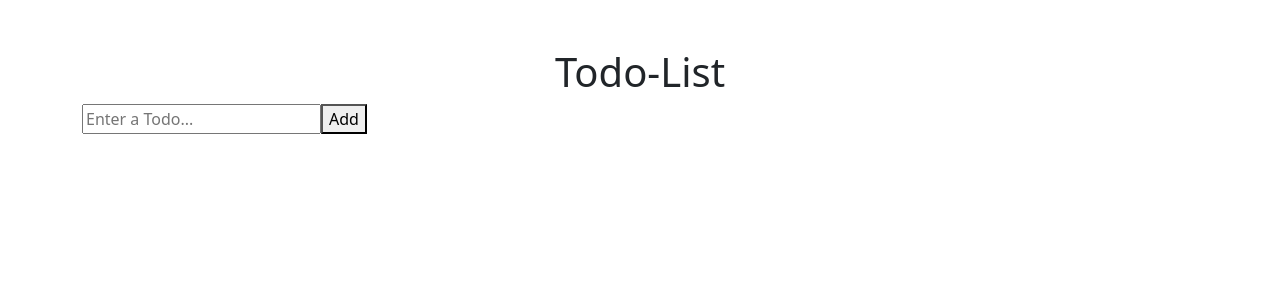
Repository: kieuduc123/Todo-List
Page: /
An editor plug-in stored every save of this project. The page is shown before and after the next save, followed by the edit.
The browser window is 1280 px wide. The pictures show the whole page.
The project was rebuilt for these pictures with package versions that can differ from the ones it lists, and the page was loaded fresh each time.

Above is the page before, as saved 2024-02-14 19:58:02.

### public/index.html
<!DOCTYPE html>
<html lang="en">

<head>
  <meta charset="utf-8" />
  <link rel="icon" href="%PUBLIC_URL%/favicon.ico" />
  <meta name="viewport" content="width=device-width, initial-scale=1" />
  <meta name="theme-color" content="#000000" />
  <meta name="description" content="Web site created using create-react-app" />
  <link rel="apple-touch-icon" href="%PUBLIC_URL%/logo192.png" />
  <link href="https://cdn.jsdelivr.net/npm/bootstrap@5.3.2/dist/css/bootstrap.min.css" rel="stylesheet"
    integrity="sha384-T3c6CoIi6uLrA9TneNEoa7RxnatzjcDSCmG1MXxSR1GAsXEV/Dwwykc2MPK8M2HN" crossorigin="anonymous">
</head>
<link rel="stylesheet" href="https://cdnjs.cloudflare.com/ajax/libs/font-awesome/6.5.1/css/all.min.css"
  integrity="sha512-DTOQO9RWCH3ppGqcWaEA1BIZOC6xxalwEsw9c2QQeAIftl+Vegovlnee1c9QX4TctnWMn13TZye+giMm8e2LwA=="
  crossorigin="anonymous" referrerpolicy="no-referrer" />
<!--
      manifest.json provides metadata used when your web app is installed on a
      user's mobile device or desktop. See https://developers.google.com/web/fundamentals/web-app-manifest/
    -->
<link rel="manifest" href="%PUBLIC_URL%/manifest.json" />

<title>TODO-LIST</title>
</head>

<body>
  <noscript>You need to enable JavaScript to run this app.</noscript>
  <div id="root"></div>
  <!--
      This HTML file is a template.
      If you open it directly in the browser, you will see an empty page.

      You can add webfonts, meta tags, or analytics to this file.
      The build step will place the bundled scripts into the <body> tag.

      To begin the development, run `npm start` or `yarn start`.
      To create a production bundle, use `npm run build` or `yarn build`.
    -->
  <script src="https://cdn.jsdelivr.net/npm/bootstrap@5.3.2/dist/js/bootstrap.bundle.min.js"
    integrity="sha384-C6RzsynM9kWDrMNeT87bh95OGNyZPhcTNXj1NW7RuBCsyN/o0jlpcV8Qyq46cDfL"
    crossorigin="anonymous"></script>
</body>

</html>

### src/index.js
import React from "react";
import ReactDOM from "react-dom/client";

import App from "./App";

const root = ReactDOM.createRoot(document.getElementById("root"));
root.render(
    <React.StrictMode>
        <App />
    </React.StrictMode>
);

// If you want to start measuring performance in your app, pass a function
// to log results (for example: reportWebVitals(console.log))
// or send to an analytics endpoint. Learn more: https://bit.ly/CRA-vitals

### src/App.js
import React, { useEffect, useState } from "react";
import Header from "./components/Header";
import Form from "./components/Form";
import TodosList from "./components/TodosList";
const App = () => {
    const initialState = JSON.parse(localStorage.getItem("todo")) || [];
    const [input, setInput] = useState("");
    const [todos, setTodos] = useState(initialState);
    const [editTodo, setEditTodo] = useState(null);

    useEffect(() => {
        localStorage.setItem("todo", JSON.stringify(todos));
    }, [todos]);
    return (
        <div className="container">
            <div className="app-wrapper ">
                <div className="text-center mt-5">
                    <Header />
                </div>
                <div>
                    <Form
                        input={input}
                        setInput={setInput}
                        todos={todos}
                        setTodos={setTodos}
                        editTodo={editTodo}
                        setEditTodo={setEditTodo}
                    />
                </div>
                <div>
                    <TodosList
                        todos={todos}
                        setTodos={setTodos}
                        setEditTodo={setEditTodo}
                    />
                </div>
            </div>
        </div>
    );
};

export default App;

### src/components/Header.js
import React from "react";

const Header = () => {
    return (
        <div className="header">
            <h1 className="">Todo-List </h1>
        </div>
    );
};

export default Header;

### src/components/Form.js
import React, { useEffect } from "react";
import { v4 as uuidv4 } from "uuid";

const Form = ({ input, setInput, todos, setTodos, editTodo, setEditTodo }) => {
    const updateTodo = (title, id, completed) => {
        const newTodo = todos.map((todo) =>
            todo.id === id ? { title, id, completed } : todo
        );
        setTodos(newTodo);
        setEditTodo("");
    };

    useEffect(() => {
        if (editTodo) {
            setInput(editTodo.title);
        } else {
            setInput("");
        }
    }, [setInput, editTodo]);

    const onInputChang = (e) => {
        setInput(e.target.value);
    };

    const onFormSubmit = (e) => {
        e.preventDefault();
        if (!editTodo) {
            setTodos([
                ...todos,
                { id: uuidv4(), title: input, completed: false },
            ]);
            setInput("");
        } else {
            updateTodo(input, editTodo.id, editTodo.completed);
        }
    };
    return (
        <form onSubmit={onFormSubmit} className="d-flex">
            <input
                placeholder="Enter a Todo..."
                className="task-input"
                type="text"
                value={input}
                required
                onChange={onInputChang}
            />
            <button type="submit" className="button-add">
                {editTodo ? "OK" : " Add"}
            </button>
        </form>
    );
};

export default Form;

### src/components/TodosList.js
import React from "react";

const TodosList = ({ todos, setTodos, setEditTodo }) => {
    const handleDelete = ({ id }) => {
        setTodos(todos.filter((todo) => todo.id !== id));
    };
    const handleComplete = (todo) => {
        setTodos(
            todo.map((item) => {
                if (item.id === todo.id) {
                    return { ...item, completed: !item.completed };
                }
                return item;
            })
        );
    };
    const handleEdit = ({ id }) => {
        const findTodo = todos.find((todo) => todo.id === id);
        setEditTodo(findTodo);
    };
    return (
        <div>
            {todos.map((todo) => (
                <li className="todo-list " key={todo.id}>
                    <input
                        type="text"
                        value={todo.title}
                        onChange={(e) => e.preventDefault()}
                    />
                    <div>
                        <button
                            className="button-complete"
                            onClick={() => handleComplete(todo)}
                        >
                            <i className="fa fa-check-circle"></i>
                        </button>
                        <button
                            className="button-edit"
                            onClick={() => handleEdit(todo)}
                        >
                            <i className="fa fa-edit"></i>
                        </button>
                        <button
                            className="button-delete"
                            onClick={() => handleDelete(todo)}
                        >
                            <i className="fa fa-trash"></i>
                        </button>
                    </div>
                </li>
            ))}
        </div>
    );
};
export default TodosList;

After the next save:
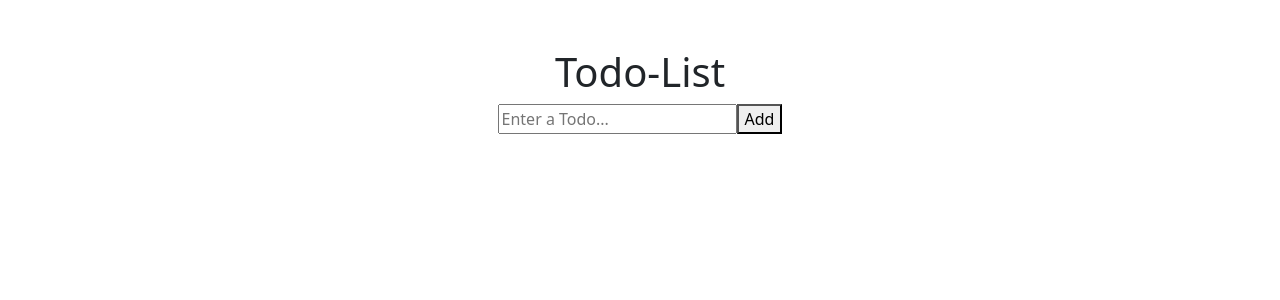
Saved 49 s later.
--- a/src/components/Form.js
+++ b/src/components/Form.js
@@ -35,7 +35,7 @@ const Form = ({ input, setInput, todos, setTodos, editTodo, setEditTodo }) => {
         }
     };
     return (
-        <form onSubmit={onFormSubmit} className="d-flex">
+        <form onSubmit={onFormSubmit} className="d-flex justify-content-center">
             <input
                 placeholder="Enter a Todo..."
                 className="task-input"
